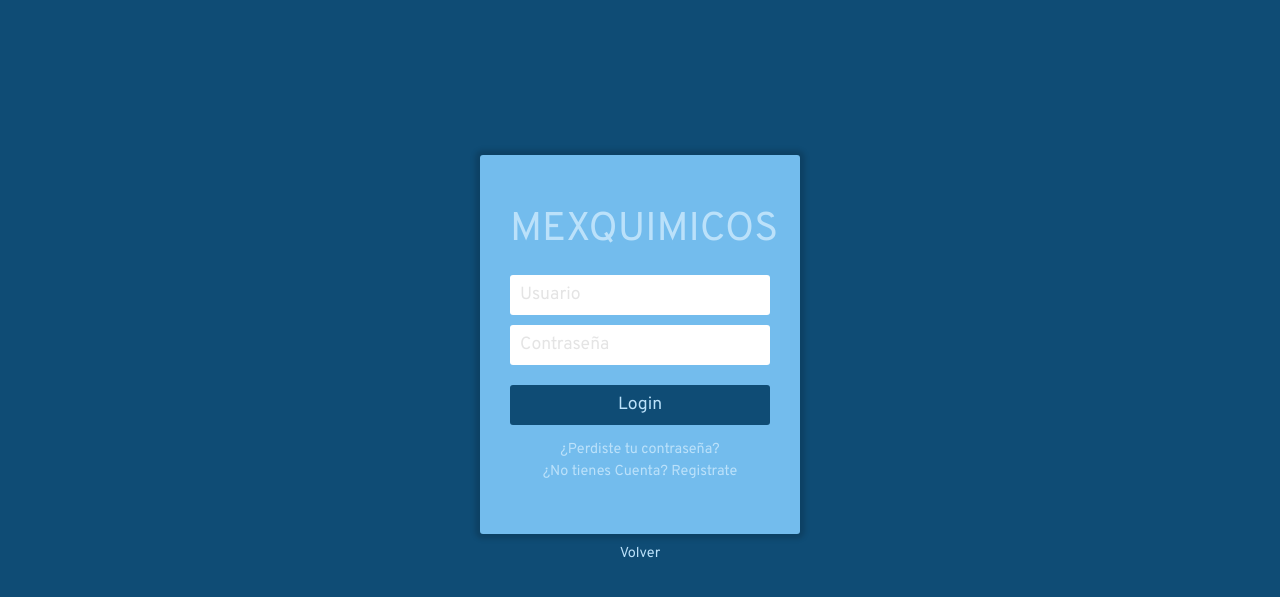
Repository: iDiv3r/MexiQuimicosIsay
Page: Index.html
The author's editor kept a copy of each file at every save. The page is drawn from the files as they stood at one save, then again after a run of saves.
The browser window is 1280 px wide. The pictures show the whole page.
The pointer rests on the first visible `#login button`.

Above is the page before, as saved 2023-11-26 15:50:14.

After the next 2 saves:
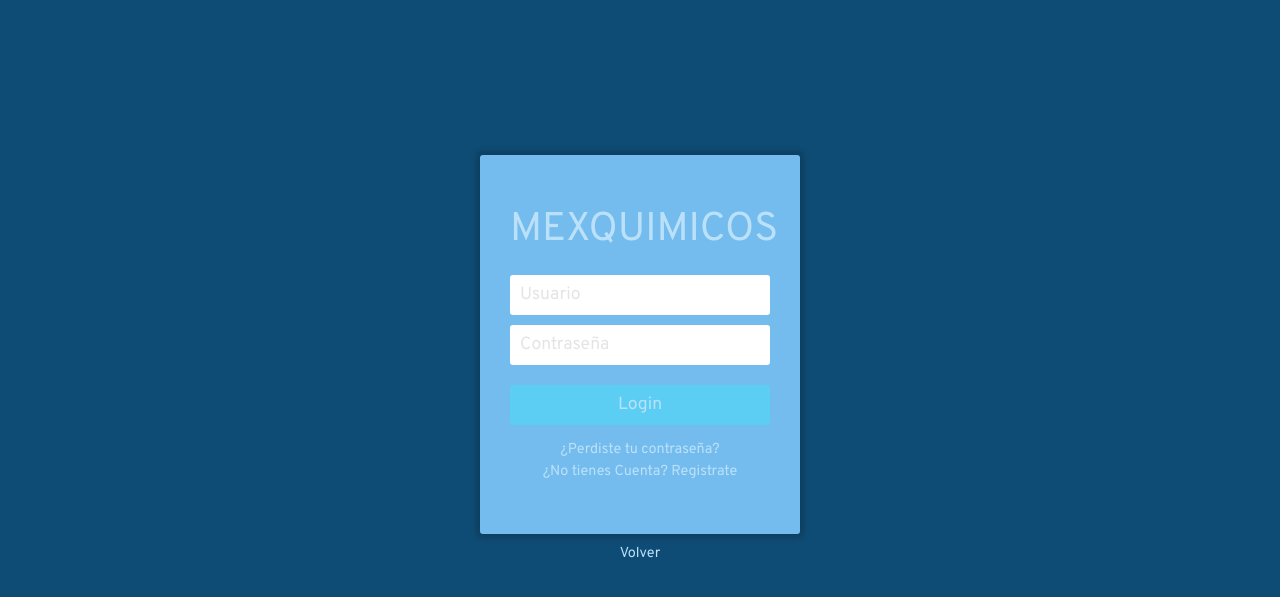
The 2 saves are shown as one change because they came seconds apart.
The last was saved 16 s later.
--- a/css/login.css
+++ b/css/login.css
@@ -92,7 +92,7 @@ body {
 }
 
 #login button:hover {
-    background-color: #0f4c75;
+    background-color: #5ccef4;
     color:#bbe1fa;
 }
 
